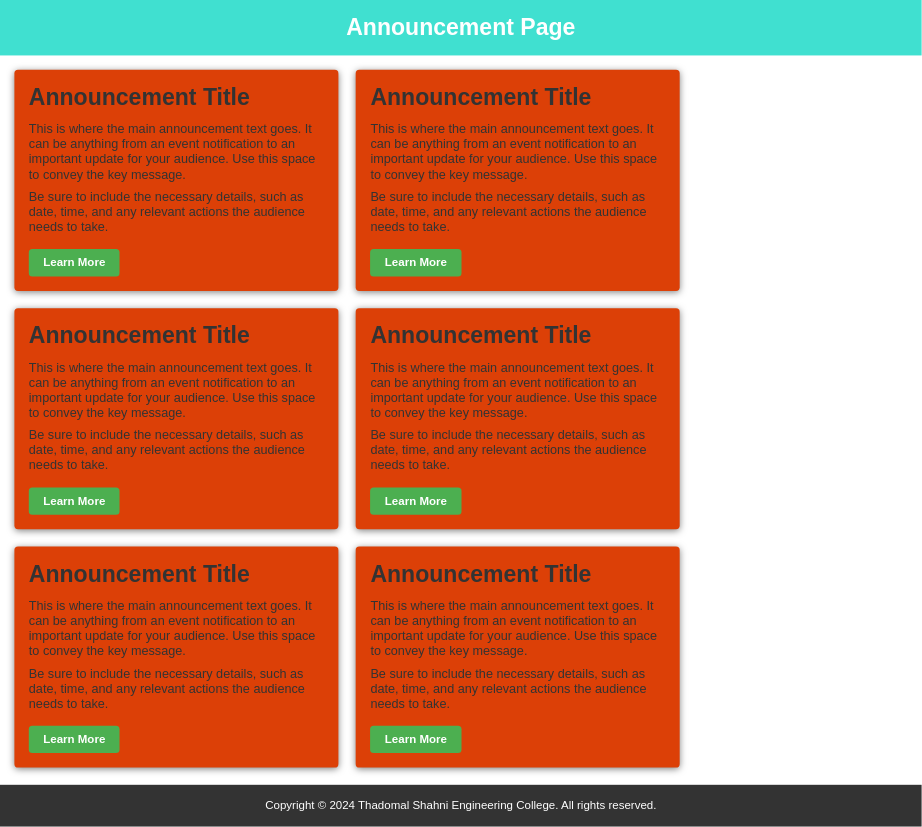
Repository: TejasS1233/MINITHON-hackathon-project
Page: annoucementpage.html
These files come from the project's save history. The page is drawn as it stood at one moment and after the next save; the edit follows.
The browser window is 1280 px wide. The pictures show the whole page, at 72% of full size.

Above is the page before, as saved 2024-09-20 09:26:10.

After the next save:
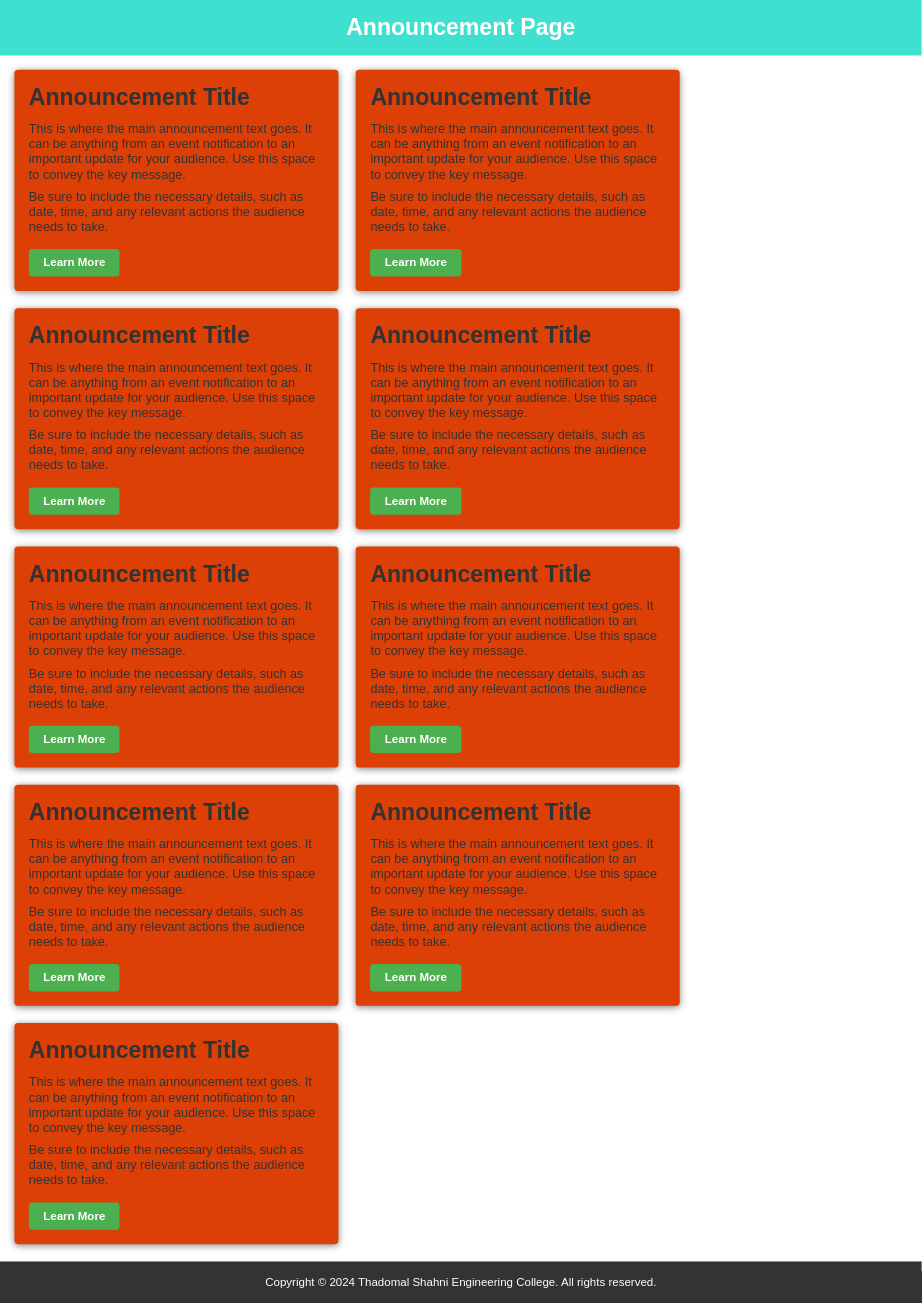
Saved 19 s later.
--- a/annoucementpage.html
+++ b/annoucementpage.html
@@ -86,6 +86,42 @@
         </p>
         <a href="#" class="cta-button">Learn More</a>
     </div>
+    <div class="announcement">
+        <h2>Announcement Title</h2>
+        <p>
+            This is where the main announcement text goes. It can be anything from an event notification to
+            an important update for your audience. Use this space to convey the key message.
+        </p>
+        <p>
+            Be sure to include the necessary details, such as date, time, and any relevant actions the
+            audience needs to take.
+        </p>
+        <a href="#" class="cta-button">Learn More</a>
+    </div>
+    <div class="announcement">
+        <h2>Announcement Title</h2>
+        <p>
+            This is where the main announcement text goes. It can be anything from an event notification to
+            an important update for your audience. Use this space to convey the key message.
+        </p>
+        <p>
+            Be sure to include the necessary details, such as date, time, and any relevant actions the
+            audience needs to take.
+        </p>
+        <a href="#" class="cta-button">Learn More</a>
+    </div>
+    <div class="announcement">
+        <h2>Announcement Title</h2>
+        <p>
+            This is where the main announcement text goes. It can be anything from an event notification to
+            an important update for your audience. Use this space to convey the key message.
+        </p>
+        <p>
+            Be sure to include the necessary details, such as date, time, and any relevant actions the
+            audience needs to take.
+        </p>
+        <a href="#" class="cta-button">Learn More</a>
+    </div>
 </div>
 
     <footer>

After the save that followed:
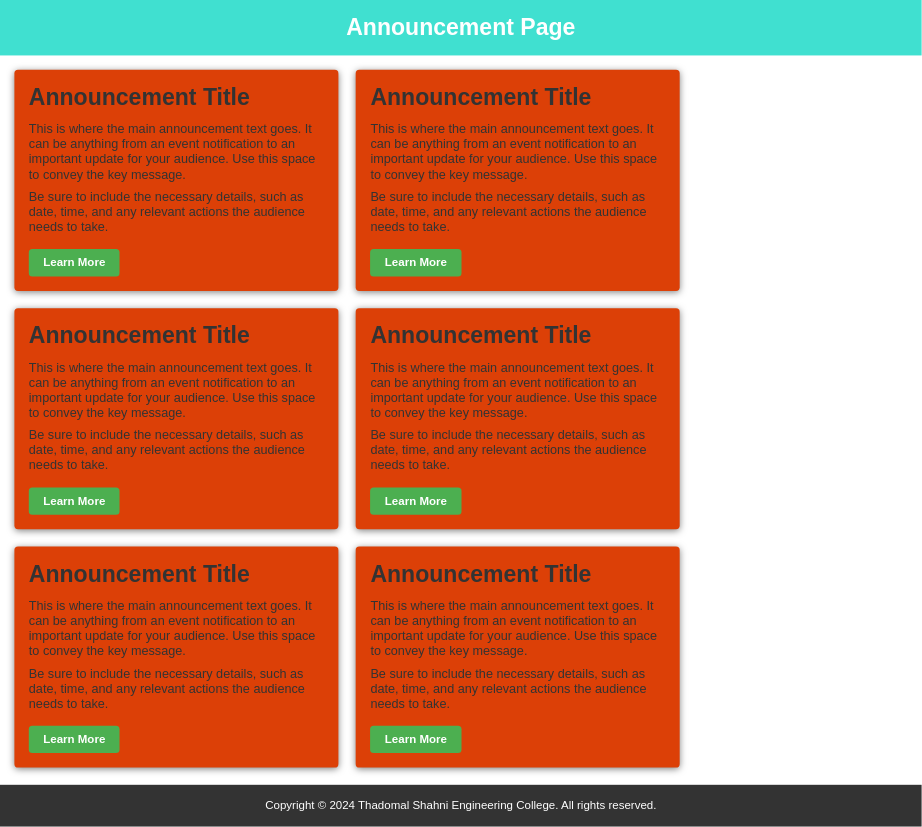
Saved 11 s later.
--- a/annoucementpage.html
+++ b/annoucementpage.html
@@ -86,42 +86,6 @@
         </p>
         <a href="#" class="cta-button">Learn More</a>
     </div>
-    <div class="announcement">
-        <h2>Announcement Title</h2>
-        <p>
-            This is where the main announcement text goes. It can be anything from an event notification to
-            an important update for your audience. Use this space to convey the key message.
-        </p>
-        <p>
-            Be sure to include the necessary details, such as date, time, and any relevant actions the
-            audience needs to take.
-        </p>
-        <a href="#" class="cta-button">Learn More</a>
-    </div>
-    <div class="announcement">
-        <h2>Announcement Title</h2>
-        <p>
-            This is where the main announcement text goes. It can be anything from an event notification to
-            an important update for your audience. Use this space to convey the key message.
-        </p>
-        <p>
-            Be sure to include the necessary details, such as date, time, and any relevant actions the
-            audience needs to take.
-        </p>
-        <a href="#" class="cta-button">Learn More</a>
-    </div>
-    <div class="announcement">
-        <h2>Announcement Title</h2>
-        <p>
-            This is where the main announcement text goes. It can be anything from an event notification to
-            an important update for your audience. Use this space to convey the key message.
-        </p>
-        <p>
-            Be sure to include the necessary details, such as date, time, and any relevant actions the
-            audience needs to take.
-        </p>
-        <a href="#" class="cta-button">Learn More</a>
-    </div>
 </div>
 
     <footer>
